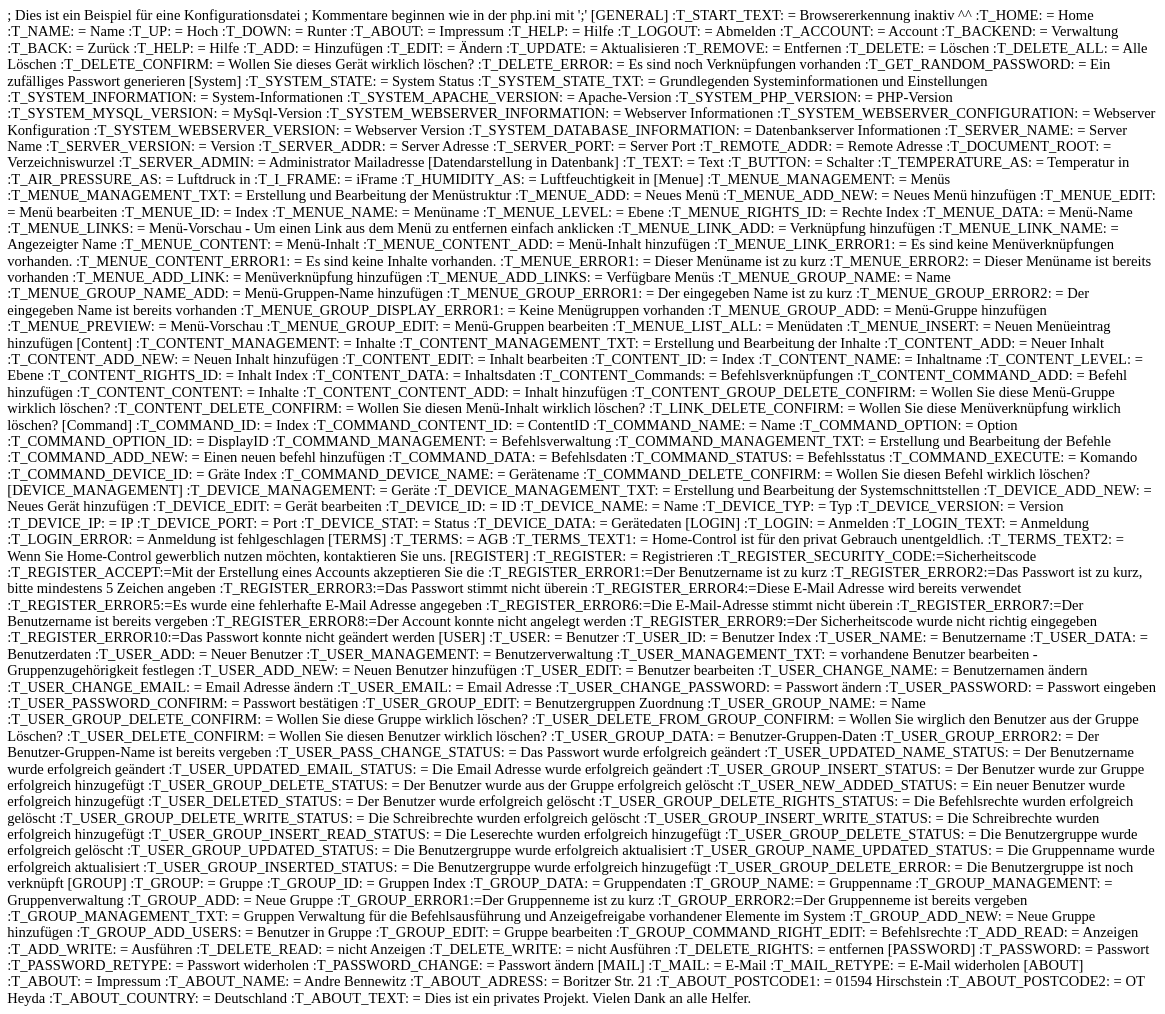
Repository: 0xF3ERROR/Home-Control
Page: http://localhost/language/lang_Ger.php
An editor plug-in stored every save of this project. The page is shown before and after the next save, followed by the edit.
The browser window is 1280 px wide. The pictures show the whole page, at 91% of full size.
The page is run by PHP 8.4 with error messages shown; the project is at /var/www/html/.

Above is the page before, as saved 2012-09-17 20:09:46.

### Source/language/lang_Ger.php
; Dies ist ein Beispiel für eine Konfigurationsdatei
; Kommentare beginnen wie in der php.ini mit ';'


[GENERAL]
:T_START_TEXT: = Browsererkennung inaktiv ^^
:T_HOME: = Home
:T_NAME: = Name
:T_UP: = Hoch
:T_DOWN: = Runter
:T_ABOUT: = Impressum
:T_HELP: = Hilfe
:T_LOGOUT: = Abmelden
:T_ACCOUNT: = Account
:T_BACKEND: = Verwaltung
:T_BACK: = Zurück
:T_HELP: = Hilfe
:T_ADD: = Hinzufügen
:T_EDIT: = Ändern
:T_UPDATE: = Aktualisieren
:T_REMOVE: = Entfernen
:T_DELETE: = Löschen
:T_DELETE_ALL: = Alle Löschen
:T_DELETE_CONFIRM: = Wollen Sie dieses Gerät wirklich löschen?
:T_DELETE_ERROR: = Es sind noch Verknüpfungen vorhanden
:T_GET_RANDOM_PASSWORD: = Ein zufälliges Passwort generieren


[System]
:T_SYSTEM_STATE: = System Status
:T_SYSTEM_STATE_TXT: = Grundlegenden Systeminformationen und Einstellungen
:T_SYSTEM_INFORMATION: = System-Informationen
:T_SYSTEM_APACHE_VERSION: = Apache-Version
:T_SYSTEM_PHP_VERSION: = PHP-Version
:T_SYSTEM_MYSQL_VERSION: = MySql-Version
:T_SYSTEM_WEBSERVER_INFORMATION: = Webserver Informationen
:T_SYSTEM_WEBSERVER_CONFIGURATION: = Webserver Konfiguration
:T_SYSTEM_WEBSERVER_VERSION: = Webserver Version
:T_SYSTEM_DATABASE_INFORMATION: = Datenbankserver Informationen
:T_SERVER_NAME: = Server Name
:T_SERVER_VERSION: = Version
:T_SERVER_ADDR: = Server Adresse
:T_SERVER_PORT: = Server Port
:T_REMOTE_ADDR: = Remote Adresse
:T_DOCUMENT_ROOT: = Verzeichniswurzel
:T_SERVER_ADMIN: = Administrator Mailadresse





[Datendarstellung in Datenbank]
:T_TEXT: = Text
:T_BUTTON: = Schalter
:T_TEMPERATURE_AS: = Temperatur in
:T_AIR_PRESSURE_AS: = Luftdruck in
:T_I_FRAME: = iFrame
:T_HUMIDITY_AS: = Luftfeuchtigkeit in



[Menue]
:T_MENUE_MANAGEMENT: = Menüs
:T_MENUE_MANAGEMENT_TXT: = Erstellung und Bearbeitung der Menüstruktur
:T_MENUE_ADD: = Neues Menü
:T_MENUE_ADD_NEW: = Neues Menü hinzufügen
:T_MENUE_EDIT: = Menü bearbeiten
:T_MENUE_ID: = Index
:T_MENUE_NAME: = Menüname
:T_MENUE_LEVEL: = Ebene
:T_MENUE_RIGHTS_ID: = Rechte Index
:T_MENUE_DATA: = Menü-Name
:T_MENUE_LINKS: = Menü-Vorschau - Um einen Link aus dem Menü zu entfernen einfach anklicken
:T_MENUE_LINK_ADD: = Verknüpfung hinzufügen
:T_MENUE_LINK_NAME: = Angezeigter Name
:T_MENUE_CONTENT: = Menü-Inhalt
:T_MENUE_CONTENT_ADD: = Menü-Inhalt hinzufügen
:T_MENUE_LINK_ERROR1: = Es sind keine Menüverknüpfungen vorhanden.
:T_MENUE_CONTENT_ERROR1: = Es sind keine Inhalte vorhanden.
:T_MENUE_ERROR1: = Dieser Menüname ist zu kurz
:T_MENUE_ERROR2: = Dieser Menüname ist bereits vorhanden
:T_MENUE_ADD_LINK: = Menüverknüpfung hinzufügen
:T_MENUE_ADD_LINKS: = Verfügbare Menüs
:T_MENUE_GROUP_NAME: = Name
:T_MENUE_GROUP_NAME_ADD: = Menü-Gruppen-Name hinzufügen
:T_MENUE_GROUP_ERROR1: = Der eingegeben Name ist zu kurz
:T_MENUE_GROUP_ERROR2: = Der eingegeben Name ist bereits vorhanden
:T_MENUE_GROUP_DISPLAY_ERROR1: = Keine Menügruppen vorhanden
:T_MENUE_GROUP_ADD: = Menü-Gruppe hinzufügen
:T_MENUE_PREVIEW: = Menü-Vorschau
:T_MENUE_GROUP_EDIT: = Menü-Gruppen bearbeiten
:T_MENUE_LIST_ALL: = Menüdaten
:T_MENUE_INSERT: = Neuen Menüeintrag hinzufügen
[Content]
:T_CONTENT_MANAGEMENT: = Inhalte
:T_CONTENT_MANAGEMENT_TXT: = Erstellung und Bearbeitung der Inhalte
:T_CONTENT_ADD: = Neuer Inhalt
:T_CONTENT_ADD_NEW: = Neuen Inhalt hinzufügen
:T_CONTENT_EDIT: = Inhalt bearbeiten
:T_CONTENT_ID: = Index
:T_CONTENT_NAME: = Inhaltname
:T_CONTENT_LEVEL: = Ebene
:T_CONTENT_RIGHTS_ID: = Inhalt Index
:T_CONTENT_DATA: = Inhaltsdaten
:T_CONTENT_Commands: = Befehlsverknüpfungen
:T_CONTENT_COMMAND_ADD: = Befehl hinzufügen
:T_CONTENT_CONTENT: = Inhalte
:T_CONTENT_CONTENT_ADD: = Inhalt hinzufügen
:T_CONTENT_GROUP_DELETE_CONFIRM: = Wollen Sie diese Menü-Gruppe wirklich löschen?
:T_CONTENT_DELETE_CONFIRM: = Wollen Sie diesen Menü-Inhalt wirklich löschen?
:T_LINK_DELETE_CONFIRM: = Wollen Sie diese Menüverknüpfung wirklich löschen?



[Command]
:T_COMMAND_ID: = Index
:T_COMMAND_CONTENT_ID: = ContentID
:T_COMMAND_NAME: = Name
:T_COMMAND_OPTION: = Option
:T_COMMAND_OPTION_ID: = DisplayID
:T_COMMAND_MANAGEMENT: = Befehlsverwaltung
:T_COMMAND_MANAGEMENT_TXT: = Erstellung und Bearbeitung der Befehle
:T_COMMAND_ADD_NEW: = Einen neuen befehl hinzufügen
:T_COMMAND_DATA: = Befehlsdaten
:T_COMMAND_STATUS: = Befehlsstatus
:T_COMMAND_EXECUTE: = Komando
:T_COMMAND_DEVICE_ID: = Gräte Index
:T_COMMAND_DEVICE_NAME: = Gerätename
:T_COMMAND_DELETE_CONFIRM: = Wollen Sie diesen Befehl wirklich löschen?


[DEVICE_MANAGEMENT]
:T_DEVICE_MANAGEMENT: = Geräte
:T_DEVICE_MANAGEMENT_TXT: = Erstellung und Bearbeitung der Systemschnittstellen
:T_DEVICE_ADD_NEW: = Neues Gerät hinzufügen
:T_DEVICE_EDIT: = Gerät bearbeiten
:T_DEVICE_ID: = ID
:T_DEVICE_NAME: = Name
:T_DEVICE_TYP: = Typ
:T_DEVICE_VERSION: = Version
:T_DEVICE_IP: = IP
:T_DEVICE_PORT: = Port
:T_DEVICE_STAT: = Status
:T_DEVICE_DATA: = Gerätedaten


[LOGIN]
:T_LOGIN: = Anmelden
:T_LOGIN_TEXT: = Anmeldung
:T_LOGIN_ERROR: = Anmeldung ist fehlgeschlagen


[TERMS]
:T_TERMS: = AGB
:T_TERMS_TEXT1: = Home-Control ist für den privat Gebrauch unentgeldlich.
:T_TERMS_TEXT2: = Wenn Sie Home-Control gewerblich nutzen möchten, kontaktieren Sie uns.


[REGISTER]
:T_REGISTER: = Registrieren
:T_REGISTER_SECURITY_CODE:=Sicherheitscode
:T_REGISTER_ACCEPT:=Mit der Erstellung eines Accounts akzeptieren Sie die
:T_REGISTER_ERROR1:=Der Benutzername ist zu kurz
:T_REGISTER_ERROR2:=Das Passwort ist zu kurz, bitte mindestens 5 Zeichen angeben
:T_REGISTER_ERROR3:=Das Passwort stimmt nicht überein
:T_REGISTER_ERROR4:=Diese E-Mail Adresse wird bereits verwendet
:T_REGISTER_ERROR5:=Es wurde eine fehlerhafte E-Mail Adresse angegeben
:T_REGISTER_ERROR6:=Die E-Mail-Adresse stimmt nicht überein
:T_REGISTER_ERROR7:=Der Benutzername ist bereits vergeben
:T_REGISTER_ERROR8:=Der Account konnte nicht angelegt werden
:T_REGISTER_ERROR9:=Der Sicherheitscode wurde nicht richtig eingegeben
:T_REGISTER_ERROR10:=Das Passwort konnte nicht geändert werden


[USER]
:T_USER: = Benutzer
:T_USER_ID: = Benutzer Index
:T_USER_NAME: = Benutzername
:T_USER_DATA: = Benutzerdaten
:T_USER_ADD: = Neuer Benutzer
:T_USER_MANAGEMENT: = Benutzerverwaltung
:T_USER_MANAGEMENT_TXT: = vorhandene Benutzer bearbeiten - Gruppenzugehörigkeit festlegen
:T_USER_ADD_NEW: = Neuen Benutzer hinzufügen
:T_USER_EDIT: = Benutzer bearbeiten
:T_USER_CHANGE_NAME: = Benutzernamen ändern
:T_USER_CHANGE_EMAIL: = Email Adresse ändern
:T_USER_EMAIL: = Email Adresse
:T_USER_CHANGE_PASSWORD: = Passwort ändern
:T_USER_PASSWORD: = Passwort eingeben
:T_USER_PASSWORD_CONFIRM: = Passwort bestätigen
:T_USER_GROUP_EDIT: = Benutzergruppen Zuordnung
:T_USER_GROUP_NAME: = Name
:T_USER_GROUP_DELETE_CONFIRM: = Wollen Sie diese Gruppe wirklich löschen?
:T_USER_DELETE_FROM_GROUP_CONFIRM: = Wollen Sie wirglich den Benutzer aus der Gruppe Löschen?
:T_USER_DELETE_CONFIRM: = Wollen Sie diesen Benutzer wirklich löschen?
:T_USER_GROUP_DATA: = Benutzer-Gruppen-Daten
:T_USER_GROUP_ERROR2: = Der Benutzer-Gruppen-Name ist bereits vergeben


:T_USER_PASS_CHANGE_STATUS: = Das Passwort wurde erfolgreich geändert
:T_USER_UPDATED_NAME_STATUS: = Der Benutzername wurde erfolgreich geändert
:T_USER_UPDATED_EMAIL_STATUS: = Die Email Adresse wurde erfolgreich geändert

:T_USER_GROUP_INSERT_STATUS: = Der Benutzer wurde zur Gruppe erfolgreich hinzugefügt
:T_USER_GROUP_DELETE_STATUS: = Der Benutzer wurde aus der Gruppe erfolgreich gelöscht
:T_USER_NEW_ADDED_STATUS: = Ein neuer Benutzer wurde erfolgreich hinzugefügt
:T_USER_DELETED_STATUS: = Der Benutzer wurde erfolgreich gelöscht

:T_USER_GROUP_DELETE_RIGHTS_STATUS: = Die Befehlsrechte wurden erfolgreich gelöscht
:T_USER_GROUP_DELETE_WRITE_STATUS: = Die Schreibrechte wurden erfolgreich gelöscht
:T_USER_GROUP_INSERT_WRITE_STATUS: = Die Schreibrechte wurden erfolgreich hinzugefügt
:T_USER_GROUP_INSERT_READ_STATUS: = Die Leserechte wurden erfolgreich hinzugefügt
:T_USER_GROUP_DELETE_STATUS: = Die Benutzergruppe wurde erfolgreich gelöscht
:T_USER_GROUP_UPDATED_STATUS: = Die Benutzergruppe wurde erfolgreich aktualisiert
:T_USER_GROUP_NAME_UPDATED_STATUS: = Die Gruppenname wurde erfolgreich aktualisiert
:T_USER_GROUP_INSERTED_STATUS: = Die Benutzergruppe wurde erfolgreich hinzugefügt
:T_USER_GROUP_DELETE_ERROR: = Die Benutzergruppe ist noch verknüpft





[GROUP]
:T_GROUP: = Gruppe
:T_GROUP_ID: = Gruppen Index
:T_GROUP_DATA: = Gruppendaten
:T_GROUP_NAME: = Gruppenname
:T_GROUP_MANAGEMENT: = Gruppenverwaltung
:T_GROUP_ADD: = Neue Gruppe
:T_GROUP_ERROR1:=Der Gruppenneme ist zu kurz
:T_GROUP_ERROR2:=Der Gruppenneme ist bereits vergeben
:T_GROUP_MANAGEMENT_TXT: = Gruppen Verwaltung für die Befehlsausführung und Anzeigefreigabe vorhandener Elemente im System
:T_GROUP_ADD_NEW: = Neue Gruppe hinzufügen
:T_GROUP_ADD_USERS: = Benutzer in Gruppe
:T_GROUP_EDIT: = Gruppe bearbeiten
:T_GROUP_COMMAND_RIGHT_EDIT: = Befehlsrechte
:T_ADD_READ: = Anzeigen
:T_ADD_WRITE: = Ausführen
:T_DELETE_READ: = nicht Anzeigen
:T_DELETE_WRITE: = nicht Ausführen
:T_DELETE_RIGHTS: = entfernen

[PASSWORD]
:T_PASSWORD: = Passwort
:T_PASSWORD_RETYPE: = Passwort widerholen
:T_PASSWORD_CHANGE: = Passwort ändern


[MAIL]
:T_MAIL: = E-Mail
:T_MAIL_RETYPE: = E-Mail widerholen


[ABOUT]
:T_ABOUT: = Impressum
:T_ABOUT_NAME: = Andre Bennewitz
:T_ABOUT_ADRESS: = Boritzer Str. 21
:T_ABOUT_POSTCODE1: = 01594 Hirschstein
:T_ABOUT_POSTCODE2: = OT Heyda
:T_ABOUT_COUNTRY: = Deutschland
:T_ABOUT_TEXT: = Dies ist ein privates Projekt. Vielen Dank an alle Helfer.

After the next save:
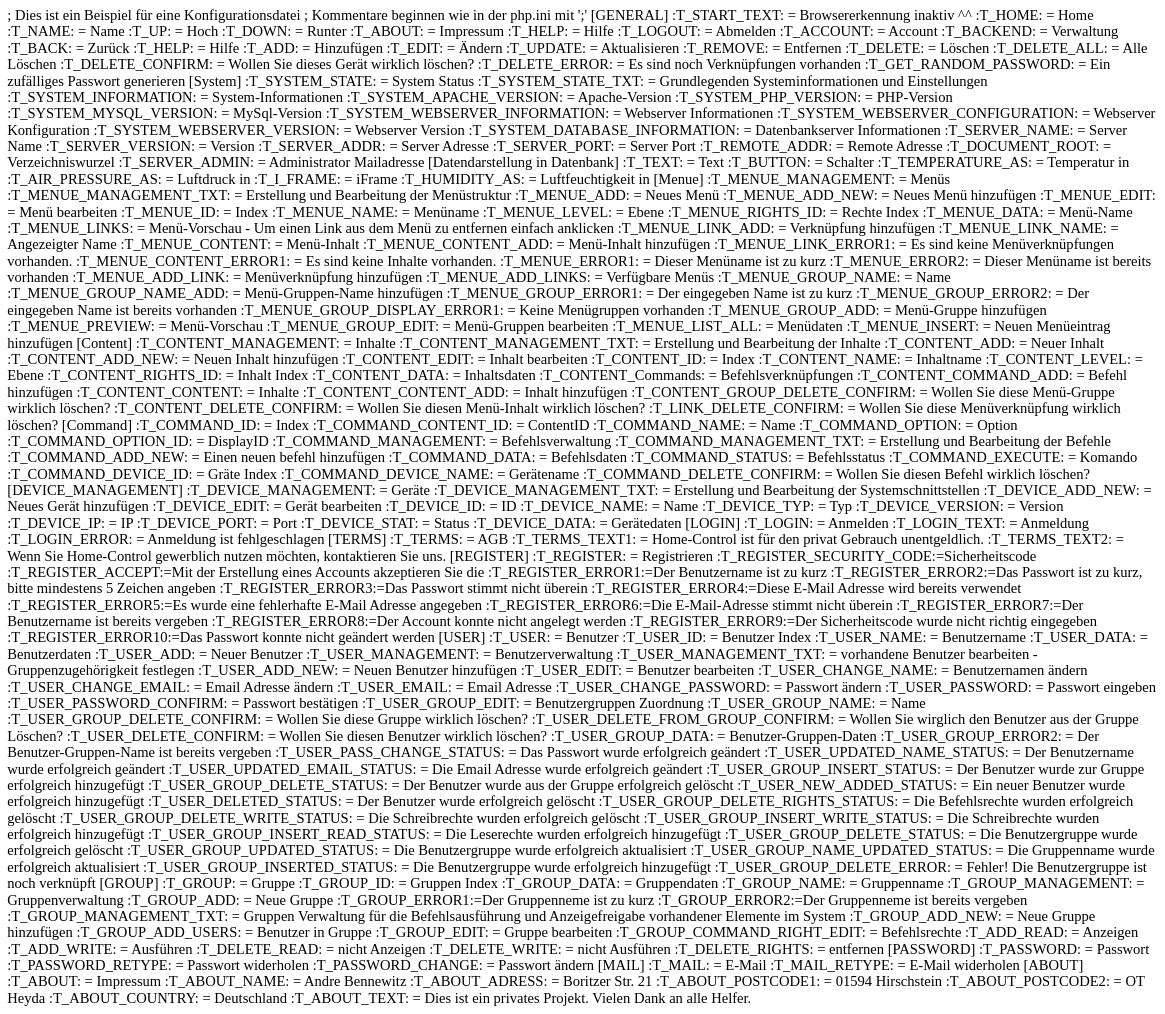
Saved 6 s later.
--- a/Source/language/lang_Ger.php
+++ b/Source/language/lang_Ger.php
@@ -214,7 +214,7 @@
 :T_USER_GROUP_UPDATED_STATUS: = Die Benutzergruppe wurde erfolgreich aktualisiert
 :T_USER_GROUP_NAME_UPDATED_STATUS: = Die Gruppenname wurde erfolgreich aktualisiert
 :T_USER_GROUP_INSERTED_STATUS: = Die Benutzergruppe wurde erfolgreich hinzugefügt
-:T_USER_GROUP_DELETE_ERROR: = Die Benutzergruppe ist noch verknüpft
+:T_USER_GROUP_DELETE_ERROR: = Fehler! Die Benutzergruppe ist noch verknüpft
 
 
 
